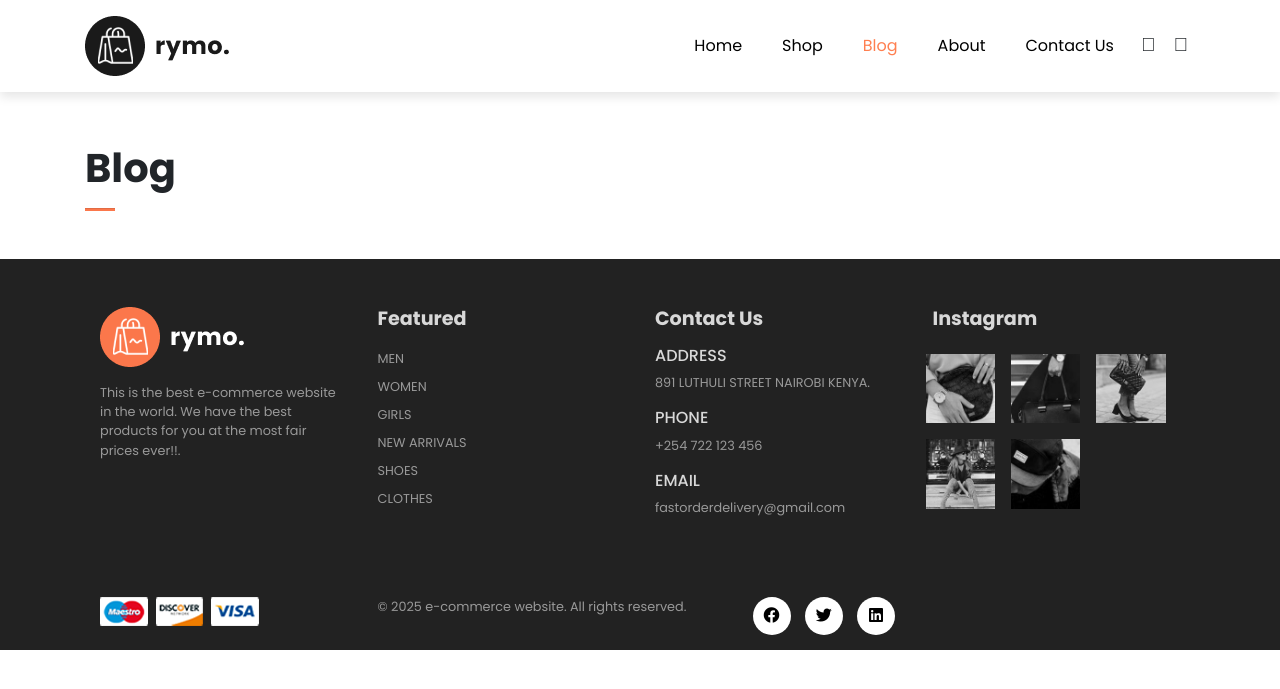
Repository: peter417waweru/e-commerce-UI
Page: blog.html
An editor plug-in stored every save of this project. The page is shown before and after the next save, followed by the edit.
The browser window is 1280 px wide. The pictures show the whole page.
Some web libraries are served in a nearby version.

Above is the page before, as saved 2025-02-09 07:36:50.

After the next save:
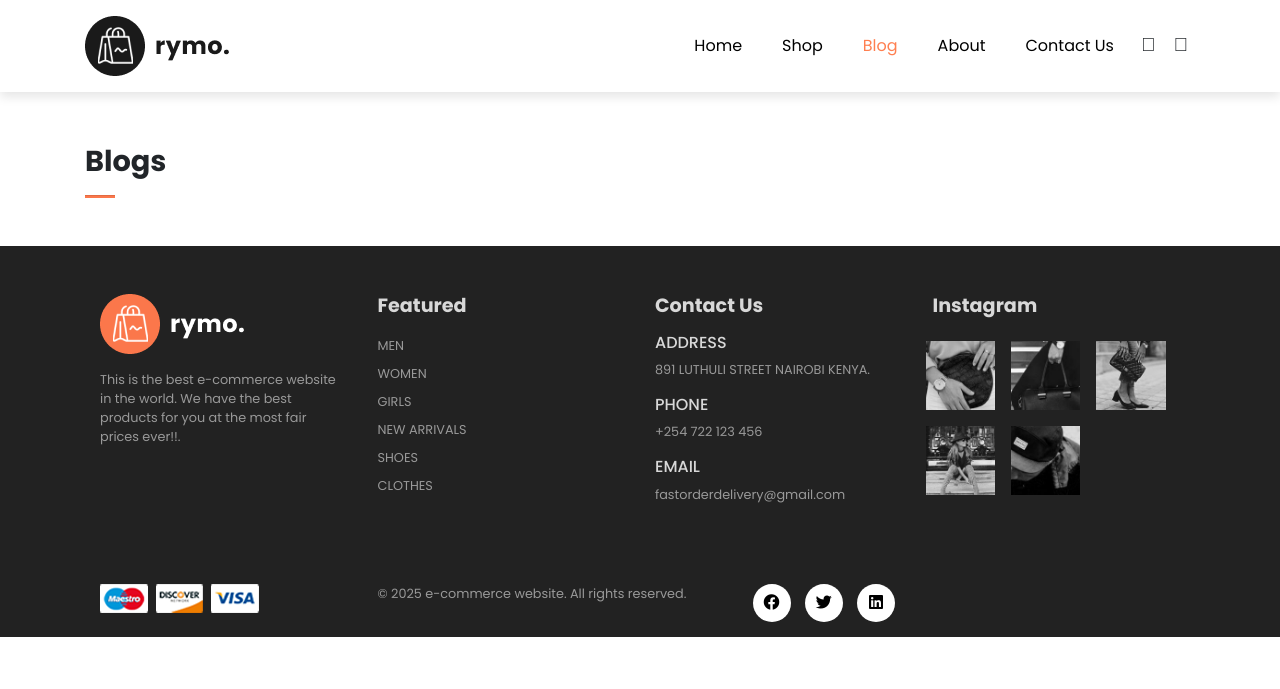
Saved 66 s later.
--- a/blog.html
+++ b/blog.html
@@ -56,7 +56,7 @@
         </nav>
 
         <section id="blog-home" class="container pt-5 mt-5">
-            <h1 class="font-weight-bold pt-5">Blog</h1>
+            <h2 class="font-weight-bold pt-5">Blogs</h2>
             <hr>
         </section>
 
